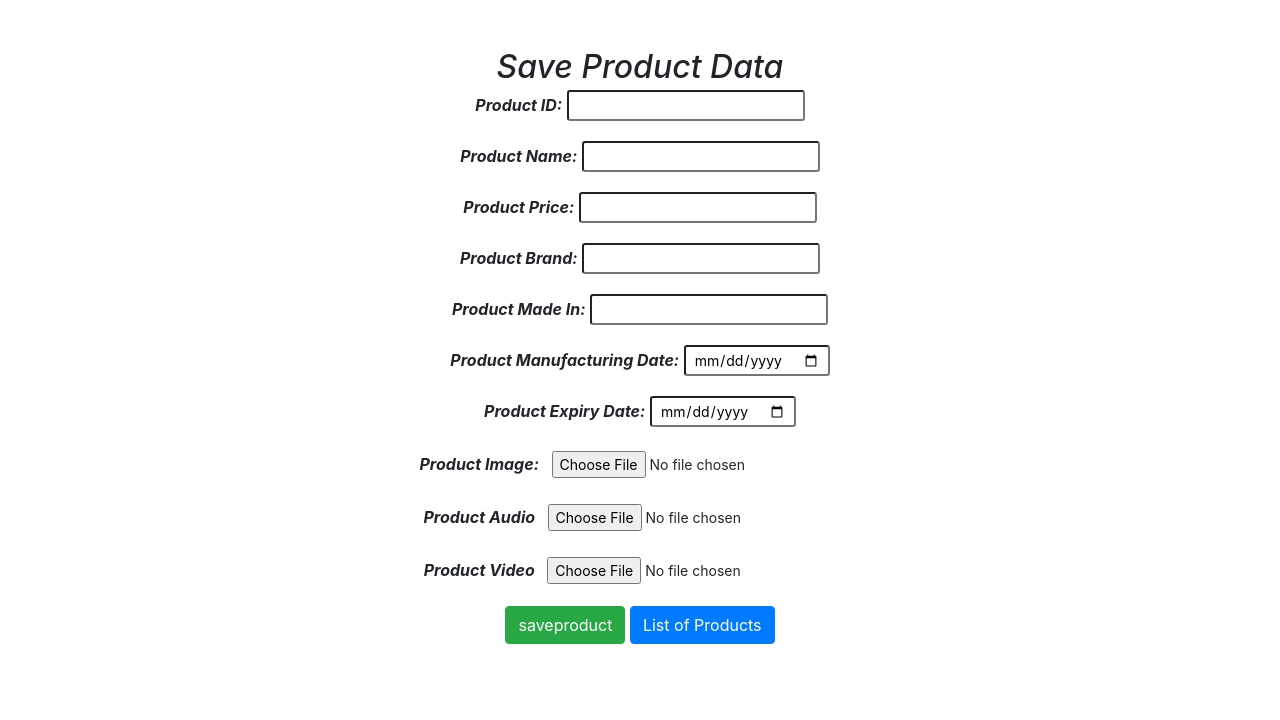
Repository: Mahesh-Konapala/Advanceprograms
Page: AddProductServlet/src/main/webapp/Addproduct.html
The author's editor kept a copy of each file at every save. The page is drawn from the files as they stood at one save, then again after the next save.
The browser window is 1280 px wide. The pictures show the whole page.

Above is the page before, as saved 2024-03-11 04:36:34.

After the next save:
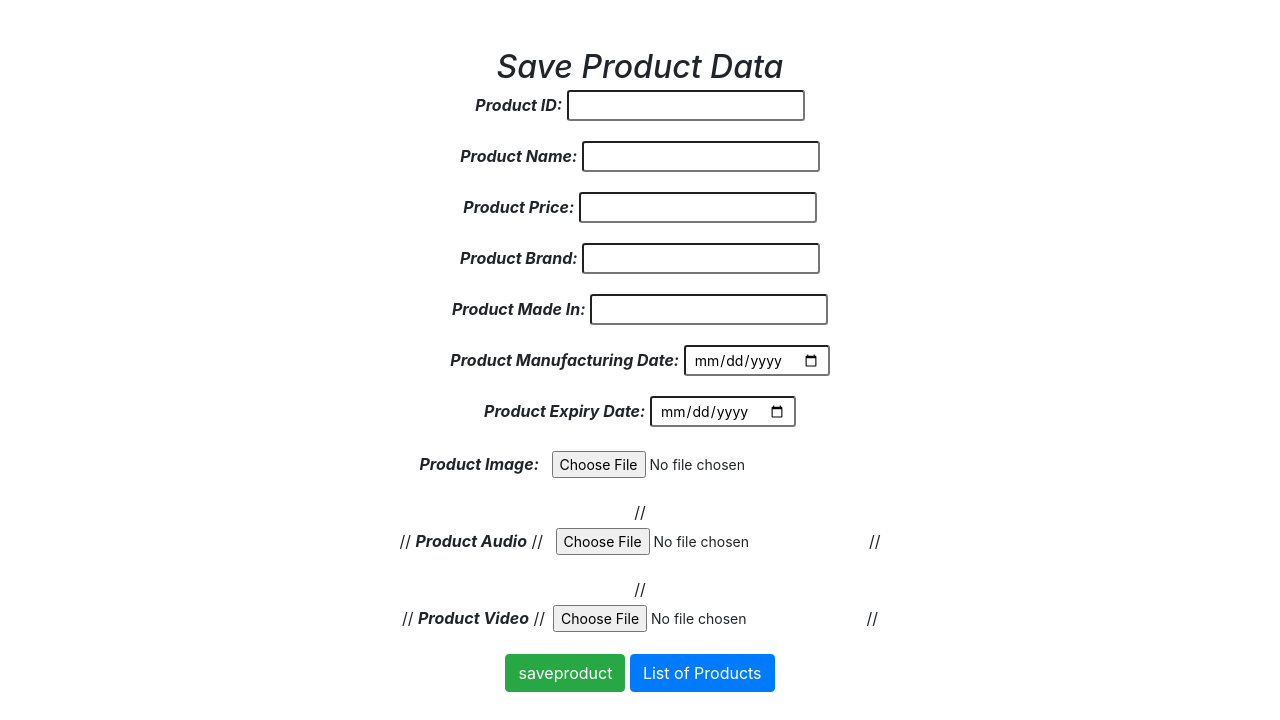
Saved 4 min 13 s later.
--- a/AddProductServlet/src/main/webapp/Addproduct.html
+++ b/AddProductServlet/src/main/webapp/Addproduct.html
@@ -50,15 +50,15 @@
           </div>
 
 
-          <div class="form-group">
-          <label class="font-italic font-weight-bold" for="proAudio">Product Audio </label>
-          <input type="file" class="form-control-sm" id="proAudio" name="proAudio" accept="audio/*" required >
-          </div>
+     //     <div class="form-group">
+       //   <label class="font-italic font-weight-bold" for="proAudio">Product Audio </label>
+         // <input type="file" class="form-control-sm" id="proAudio" name="proAudio" accept="audio/*" required >
+          //</div>
 
-          <div class="form-group">
-          <label class="font-italic font-weight-bold" for="proVideo">Product Video</label>
-          <input type="file" class="form-control-sm" id="proVideo" name="proVideo" accept="video/*" required >
-          </div>
+         // <div class="form-group">
+         // <label class="font-italic font-weight-bold" for="proVideo">Product Video</label>
+          //<input type="file" class="form-control-sm" id="proVideo" name="proVideo" accept="video/*" required >
+          //</div>
 
           <div>
              <input type="submit" class="btn btn-success" value="saveproduct"/>
